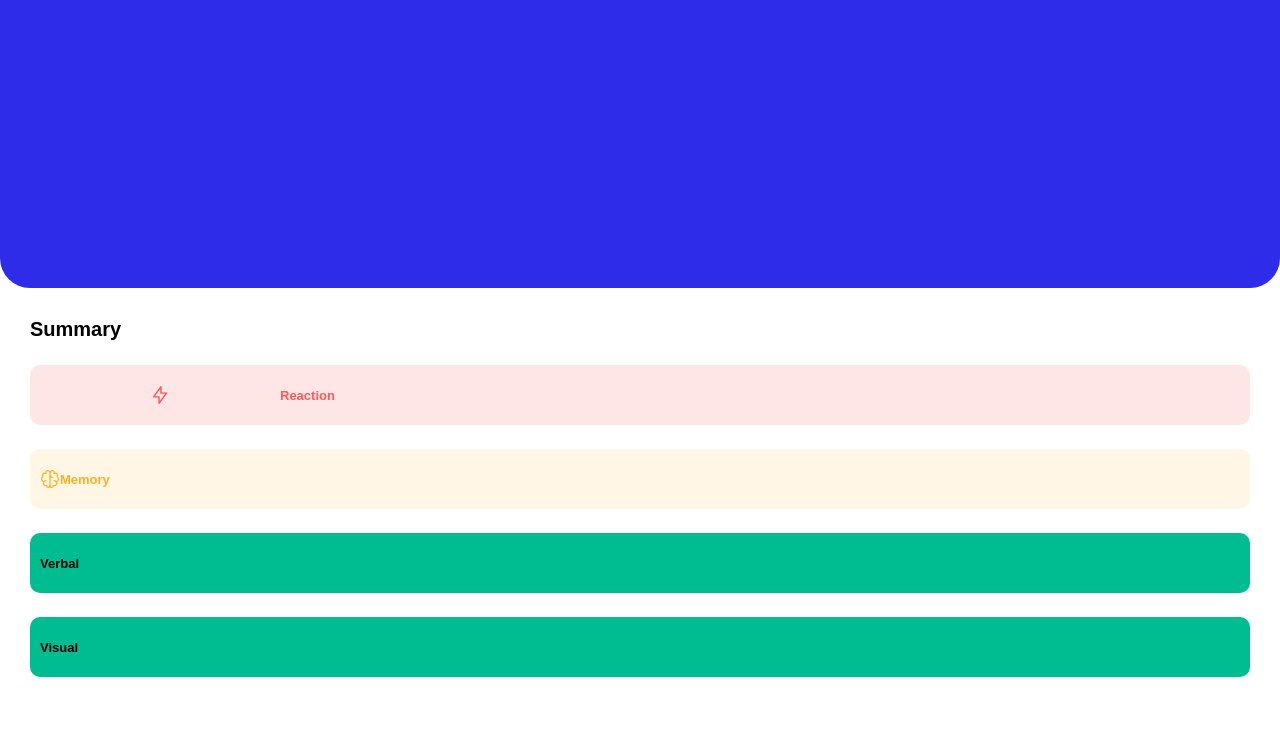
Repository: limaneto/frontend-mentor-results-summary
Page: index.html
These files come from the project's save history. The page is drawn as it stood at one moment and after the next save; the edit follows.
The browser window is 1280 px wide. The pictures show the whole page.

Above is the page before, as saved 2023-11-06 01:37:09.

### index.html
<!DOCTYPE html>
<html lang="en">
  <head>
    <meta charset="UTF-8">
    <meta name="viewport" content="width=device-width, initial-scale=1.0">
    <link rel="stylesheet" href="style.css">
  </head>
  <body>
    <main>
      <section id='result'></section>
      <summary>
        <h2>Summary</h2>
        <ul>
          <li id='reaction'>
            <img id='icons' src="./assets/images/icon-reaction.svg" alt="Lightning">
            Reaction
          </li>
          <li id='memory'>
            <img src="./assets/images/icon-memory.svg" alt="Brain">
            Memory
          </li>
          <li>Verbal</li>
          <li>Visual</li>
        </ul>
      </summary>
    </main>
  </body>
</html>

### style.css
:root {
  --red: #ff5959;
  --orangey:	#ffb01f;
  --green: #00bd91;
  --blue: #1125d4;
  --pale-blue: rgb(235, 241, 255);
  --white: rgb(255, 255, 255);
  --dark-gray-blue: #303b5a;
  --lavender: #c8c7ff;
  --g-slate-blue: #7857ff;
  --g-royal-blue: #2e2be9;
  --g-violet-blue: #4e21ca;
  --g-persian-blue: #2421ca;
}

@font-face {
  font-family: 'HankenGrotesk', sans-serif;
  src: url(./assets/fonts//HankenGrotesk-VariableFont_wght.ttf);
}

* {
  box-sizing: border-box;
  margin: 0;
  padding: 0;
}

html, body {
  font-size: 62.5%;
  font-family: 'HankenGrotesk', sans-serif;
  height: 100vh;
  width: 100vw;
}

li {
  display: block;
}

main {
  height: 100%;
  width: 100%;
}

section {
  height: 40%;
  background-color: var(--g-royal-blue);
  border-bottom-left-radius: 30px;
  border-bottom-right-radius: 30px;
}

summary {
  padding: 30px;
}

summary > h2 {
  font-size: 2rem;
}

summary > ul > li {
  font-size: 1.3rem;
  font-weight: bold;
  display: flex;
  align-items: center;
  width: 100%;
  height: 60px;
  padding: 0 10px;
  border-radius: 10px;
  background-color: #00bd91;
  margin: 24px 0;
}

#reaction {
  color: var(--red);
  background-color: hsl(0, 100%, 95%);
}

#memory {
  color: var(--orangey);
  background-color: hsl(39, 100%, 95%);
}

#icons {
  width: 20%;
  height: 2.2rem;
}

After the next save:
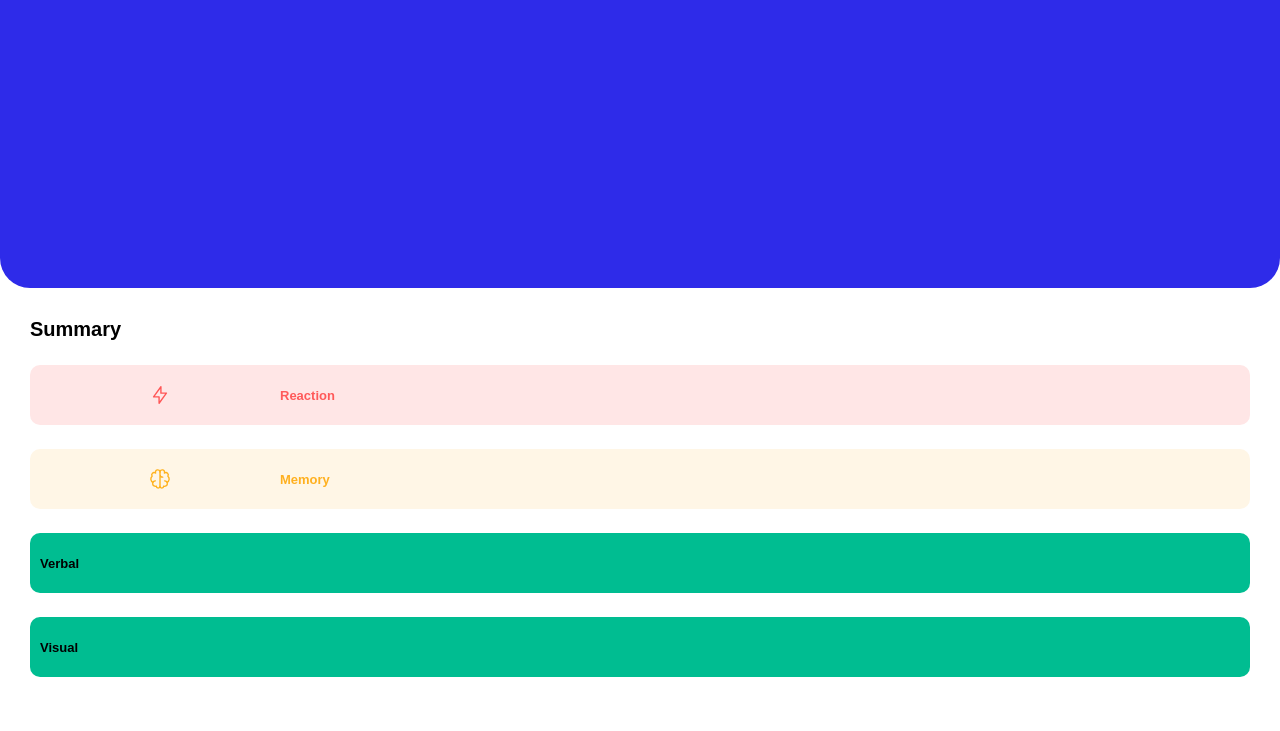
Saved 33 s later.
--- a/index.html
+++ b/index.html
@@ -16,7 +16,7 @@
             Reaction
           </li>
           <li id='memory'>
-            <img src="./assets/images/icon-memory.svg" alt="Brain">
+            <img id='icons' src="./assets/images/icon-memory.svg" alt="Brain">
             Memory
           </li>
           <li>Verbal</li>
